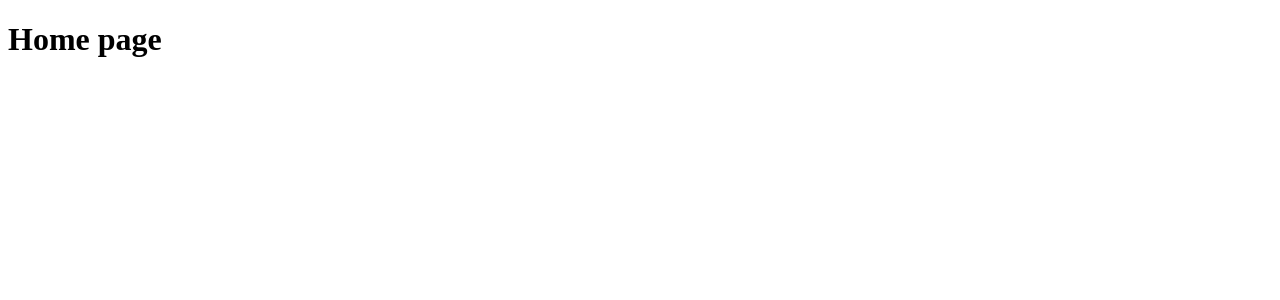
Repository: EverythingOfC/board
Page: http://localhost/servlet_mvc_proj_step02/product/list.jsp
An editor plug-in stored every save of this project. The page is shown before and after the next save, followed by the edit.
The browser window is 1280 px wide. The pictures show the whole page.
The page is served by Tomcat 9. Other server files are loaded and not shown.

Above is the page before, as saved 2022-12-29 03:41:42.

### servlet_mvc_proj_step02/WebContent/product/list.jsp
<%@ page language="java" contentType="text/html; charset=UTF-8"
    pageEncoding="UTF-8"%>
<!DOCTYPE html>
<html>
<head>
<meta charset="UTF-8">
<title>Insert title here</title>
</head>
<body>

	<h1>Home page</h1>
	<%
		String user = (String)request.getAttribute("user");

	%>
</body>
</html>

After the next save:
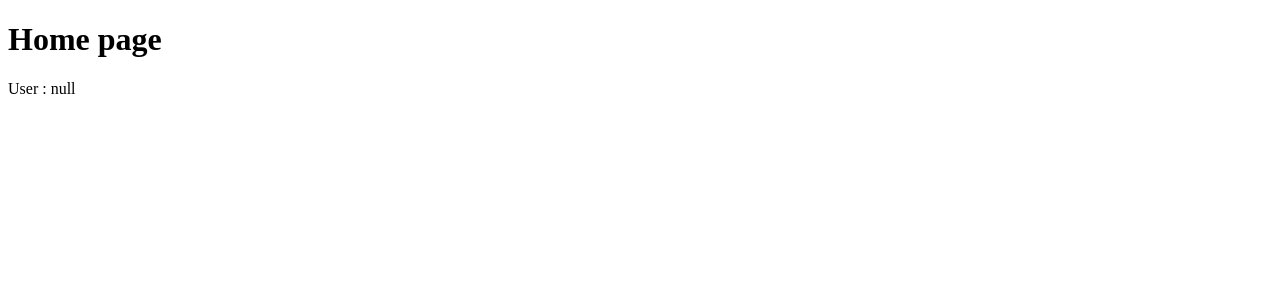
Saved 19 s later.
--- a/servlet_mvc_proj_step02/WebContent/product/list.jsp
+++ b/servlet_mvc_proj_step02/WebContent/product/list.jsp
@@ -13,5 +13,6 @@
 		String user = (String)request.getAttribute("user");
 
 	%>
+	<p>User : <%=user %></p>
 </body>
 </html>
